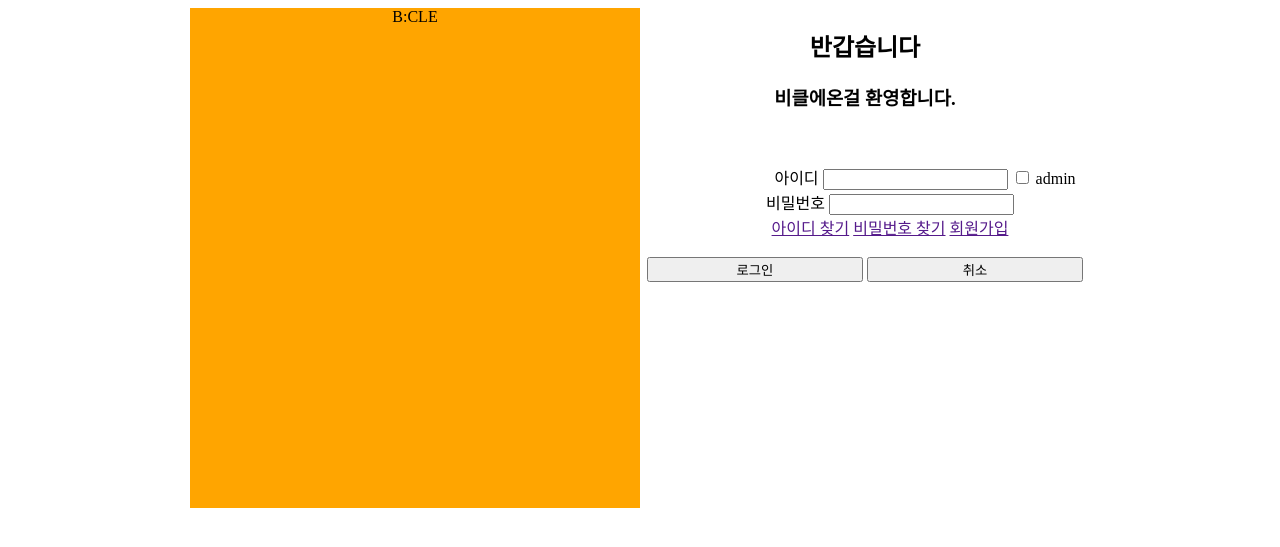
Repository: hyodii/SpringProject_Bcle
Page: http://localhost/Bcle/LoginPage.jsp
These files come from the project's save history. The page is drawn as it stood at one moment and after the next save; the edit follows.
The browser window is 1280 px wide. The pictures show the whole page.
The page is served by Tomcat 9.

Above is the page before, as saved 2021-12-16 07:46:20.
Console error: ReferenceError: $ is not defined

### Bcle/WebContent/LoginPage.jsp
<%@ page contentType="text/html; charset=UTF-8"%>
<%@ taglib prefix="c" uri="http://java.sun.com/jsp/jstl/core"%>
<%
    request.setCharacterEncoding("UTF-8");
    String cp = request.getContextPath();
%>
<!DOCTYPE html>
<html>
<head>
<meta charset="UTF-8">
<title>LoginPage.jsp</title>
<script type="text/javascript">

	$(document).ready(function()
	{

		$("#submitBtn").click(function()
		{

			alert("확인");

		});

	});

</script>
<style type="text/css">

.bg
{
	position: relative;
	text-align: center;
}
.t-box
{
	display: flex;
	margin: 0 auto;
	width: 900px;
}
.right
{
	flex: 1;
	height: 500px;
	background-color: orange;
}

.left
{
	float: right;
	flex: 1;


}

.info {
	background-color: orange;
	width: 70vh;
	height: 30vh;
}

.upper {
	display: flex;
	background-color: gray;
}
.rightform
{
	text-align: center;
}

</style>
<script type="text/javascript" src="http://code.jquery.com/jquery.min.js"></script>
<script type="text/javascript">

	$(document).ready(function()
	{
		$("#submitBtn").click(function()
		{
			// 테스트
			//alert("확");
			$("#err").css("display", "none");

			if($("#id").val()=="" || $("#pw").val()=="")
			{
				$("#err").html("항목을 모두 입력해야 합니다.").css("display","inline");
				return
			}

			$("#loginForm").submit();

		});
	});

</script>
</head>
<body>

<div class="bg">
	<%-- <div>
		<c:import url="nav.jsp"></c:import>
	</div> --%>

	<div class="t-box">
		<div class="right">
			B:CLE
		</div>

		<div class="left">
			<div>
				<div><h2>반갑습니다</h2></div>
				<div><h3>비클에온걸 환영합니다.</h3></div>
				<br><br>
			</div>

			<div class="rightform">
				<form action="login.action" method="post" id="loginForm">
					<div style="margin-left: 120px;">
					아이디 <input type="text" id="id" name="id"/>
					<input type="checkbox" id="admin" name="admin" value="0" />
					<label for="admin">admin</label><br>
					</div>
					<div style="margin-left: 50px;">
					비밀번호 <input type="password" id="pwd" name="pwd"/><br>
					</div>

					<div style="margin-left: 50px;">
					<a href="">아이디 찾기</a>
					<a href="">비밀번호 찾기</a>
					<a href="">회원가입</a>
					</div>
					<br>

					<div>
						<input type="button" value="로그인" id="submitBtn" class="btn"
						style="width: 48%;" />
						<input type="reset" value="취소" id="resetBtn" class="btn"
						style="width: 48%;" />
						<br><br>
						<span id="err" style="color: red;display: none;"></span>
					</div>
				</form>
			</div>
			<!--
			<div>
					<a href="">관리자 로그인하기</a>
			</div>
			 -->
		</div>
	</div>
	<%--
	<div>
		<c:import url="footer.jsp"></c:import>
	</div>
	 --%>
</div>

</body>
</html>

After the next save:
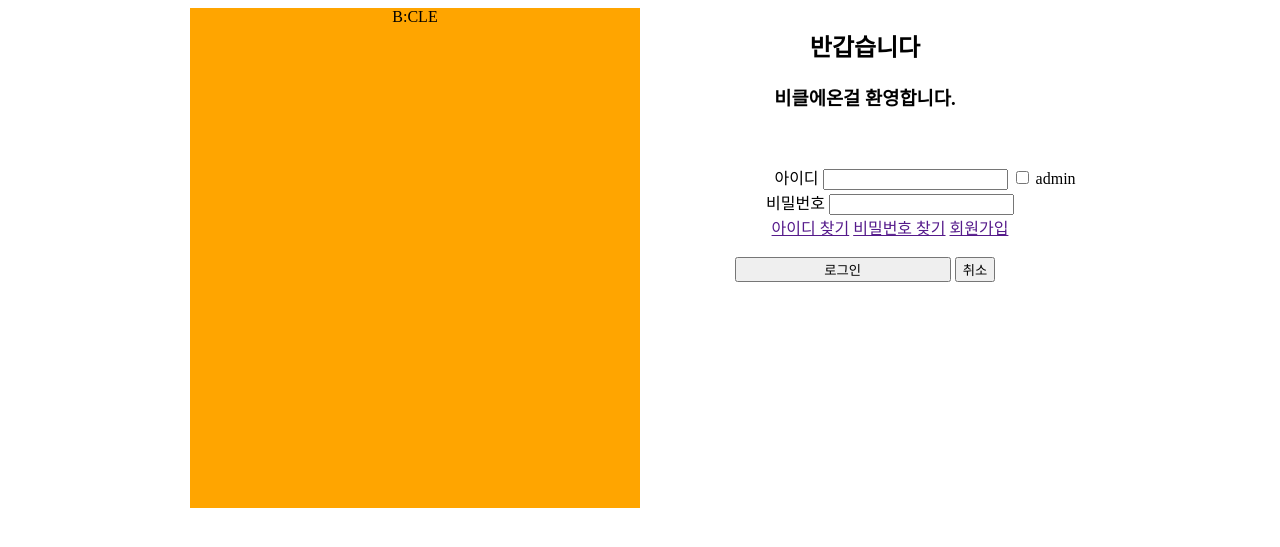
Saved 23 s later.
--- a/Bcle/WebContent/LoginPage.jsp
+++ b/Bcle/WebContent/LoginPage.jsp
@@ -132,8 +132,7 @@
 					<div>
 						<input type="button" value="로그인" id="submitBtn" class="btn"
 						style="width: 48%;" />
-						<input type="reset" value="취소" id="resetBtn" class="btn"
-						style="width: 48%;" />
+						<input type="reset" value="취소" id="resetBtn" class="btn"/>
 						<br><br>
 						<span id="err" style="color: red;display: none;"></span>
 					</div>
